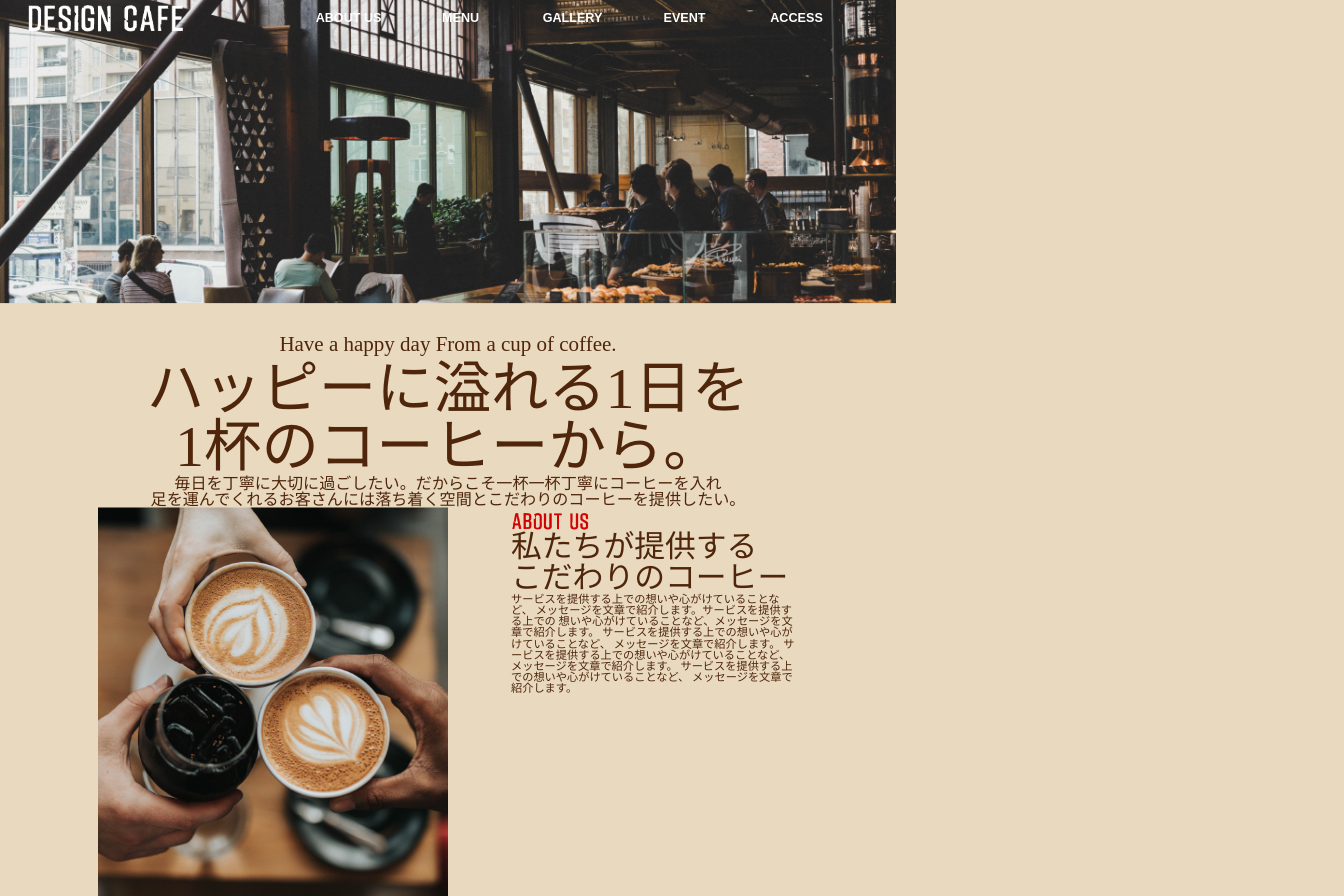
Repository: sonoyama01/dezasuta
Page: 第4回課題/index.html
These files come from the project's save history. The page is drawn as it stood at one moment and after the next save; the edit follows.
The browser window is 1280 px wide. The page is 1920 px wide, so the pictures cover 1920 px, including what lies to the right of the window. The pictures show the part of the page from y = 0 to 1280 px (the page is 2929 px tall before and 3036 px after), at 70% of full size.

Above is the page before, as saved 2024-05-11 15:20:29.

### 第4回課題/index.html
<!DOCTYPE html>
<html lang="ja">

<head>
    <meta charset="UTF-8">
    <meta name="viewport" content="width=device-width, initial-scale=1.0">
    <title>Desing Cafe</title>
    <link rel="stylesheet" href="./css/style.css">
</head>

<body>
    <!-- ヘッダー -->
    <header>
        <div class="header_slide">
            <div>
                <img src="./images/pc_first-100.jpg" alt="店内の様子">
            </div>
        </div>
        <div class="header_wrap">
            <h1 class="header_logo">
                <img src="./images/design_cafe_logo_header@2x.png" alt="desind cafe">
            </h1>
            <nav class="pc_nav">
                <ul>
                    <li><a href="#about_us">ABOUT US</a></li>
                    <li><a href="#menu">MENU</a></li>
                    <li><a href="#gallery">GALLERY</a></li>
                    <li><a href="#event">EVENT</a></li>
                    <li><a href="#">ACCESS</a></li>
                </ul>
            </nav>
        </div>
    </header>
    <div class="catch_copy">
        <p class="catch_copy_ja"><span class="en">Have a happy day From a cup of coffee.</span><br>
            ハッピーに溢れる1日を<br>
            1杯のコーヒーから。</p><!-- /.catch_copy -->
        <p>毎日を丁寧に大切に過ごしたい。だからこそ一杯一杯丁寧にコーヒーを入れ<br>
            足を運んでくれるお客さんには落ち着く空間とこだわりのコーヒーを提供したい。</p>
    </div><!-- /.catch_copy -->

    <!-- ABOUT US -->
    <section id="about_us">
        <div class="wrap">
            <div class="about_us">
                <div class="about_us_im"><img src="./images/pc_about-100.jpg" alt=""></div>
                <div class="about_us_text">
                    <h2><img src="./images/about_us@2x.png" alt=""></h2>
                    <p class="about_us_concept">私たちが提供する<br>
                        こだわりのコーヒー</p><!-- /.about_us_concept -->
                    <p class="about_us_texts">
                        サービスを提供する上での想いや心がけていることなど、
                        メッセージを文章で紹介します。サービスを提供する上での
                        想いや心がけていることなど、メッセージを文章で紹介します。
                        サービスを提供する上での想いや心がけていることなど、
                        メッセージを文章で紹介します。
                        サービスを提供する上での想いや心がけていることなど、
                        メッセージを文章で紹介します。
                        サービスを提供する上での想いや心がけていることなど、
                        メッセージを文章で紹介します。
                    </p><!-- /.about_us_text -->
                </div>

            </div><!-- /.about_us -->
        </div><!-- /.wrap -->
    </section><!-- /#about_us -->

    <!-- MENU -->
    <!-- 上手くいかね
        <section id="menu_fx">
        <h2><img src="./images/menu@2x.png" alt="menu"></h2>
        <div class="menu">
            <div class="drink">
                <img src="./images/pc_menu_drink-100.jpg" alt="drink">
            </div>
            <div class="food">
                <img src="./images/pc_menu_food-100.jpg" alt="food">
            </div>
            <div class="sweets">
                <img src="./images/pc_menu_sweets-100.jpg" alt="sweet">
            </div>
        </div>
    </section>/#menu_fx
-->

    <section id="menu">
        <div class="wrap">
            <h2><img src="./images/menu@2x.png" alt="menu"></h2>
            <div class="menu">
                <div class="menu_item">
                    <img src="./images/pc_menu_drink-100.jpg" alt="drink">
                    <h3>drink</h3>
                    <p class="menu_tx">ドリンクメニューの概要を100文字程度で紹介します。
                        素材やこだわりなどをアピールしていきます。</p><!-- /.menu_tx -->
                </div><!-- /.menu_item -->
                <div class="menu_item">
                    <img src="./images/pc_menu_food-100.jpg" alt="food">
                    <h3>food</h3>
                    <p class="menu_tx">フードメニューの概要を100文字程度で紹介します。
                        素材やこだわりなどをアピールしていきます。</p><!-- /.menu_tx -->
                </div><!-- /.menu_item -->
                <div class="menu_item">
                    <img src="./images/pc_menu_sweets-100.jpg" alt="sweet">
                    <h3>sweet</h3>
                    <p class="menu_tx">スイーツメニューの概要を100文字程度で紹介します。
                        素材やこだわりなどをアピールしていきます。</p><!-- /.sweet -->
                </div><!-- /.menu_item -->
            </div><!-- /.menu_fx -->
        </div><!-- /.wrap -->
    </section><!-- /#menu -->

    <!-- GALLERY -->
    <section id="gallery">
        <h2><img src="./images/gallery@2x.png" alt="gallery"></h2>
        <div class="gallery">
            <img src="./images/pc_gallary_01-100.jpg" alt="">
            <img src="./images/pc_gallary_02-100.jpg" alt="">
            <img src="./images/pc_gallary_03-100.jpg" alt="">
            <img src="./images/pc_gallary_04-100.jpg" alt="">
            <img src="./images/pc_gallary_05-100.jpg" alt="">
        </div><!-- /.gallery -->
    </section><!-- /#gallery -->

    <!-- EVENT -->
    <section id="event">
        <h2><img src="./images/event@2x.png" alt="event"></h2>
        <div class="event">
            <dl>
                <div class="event_item">
                    <dt><time datetime="2020-06-23">2020.06.23</time></dt>
                    <dd>7月はイベント出店のため0/0お休みします</dd>
                </div>
                <div class="event_item">
                    <dt><time datetime="2020-03-15">2020.03.15</time></dt>
                    <dd>春の新商品新発売。話題のあのブランドとコラボ</dd>
                </div>
                <div class="event_item">
                    <dt><time datetime="2020-02-06">2020.02.06</time></dt>
                    <dd>コーヒーの日で30&percnt;OFFイベントを開催&lbrack;3日間限定&rbrack;</dd>
                </div>
            </dl>
        </div>
    </section><!-- /#event -->

    <!-- ACCESS -->
    <section id="access">
        <h2><img src="./images/access@2x.png" alt="access"></h2>
        <div class="access_map">
            <iframe
                src="https://www.google.com/maps/embed?pb=!1m18!1m12!1m3!1d51866.86352324437!2d139.69264382094036!3d35.66028032190313!2m3!1f0!2f0!3f0!3m2!1i1024!2i768!4f13.1!3m3!1m2!1s0x60188bbd9009ec09%3A0x481a93f0d2a409dd!2z5p2x5Lqs44K_44Ov44O8!5e0!3m2!1sja!2sjp!4v1715176213624!5m2!1sja!2sjp"
                width="100%" height="471" style="border:0;" allowfullscreen="" loading="lazy"
                referrerpolicy="no-referrer-when-downgrade"></iframe>
        </div>
    </section><!-- /#access -->

    <!-- フッター -->
    <footer>
        <div class="footer_wrap">
            <img src="./images/design_cafe_logo_footer@2x.png" alt="design cafe">
            <p class="footer_text">
                OPEN 18:00 / CLOSE 24:00 <br>
                〒150-0022<br>
                東京都渋谷区東京南123デザインビルB1<br>
                MAIL&colon;info@designcafe.tokyo
            </p>
        </div>
        <small id="footer_copyright">
            &copy;2021 DESIGN CAFE
        </small>
    </footer>
</body>

</html>

### 第4回課題/css/style.css
@charset "utf-8";

/* cssリセット */

/*利用するタグによってこちらの内容は増やす*/

html,
body,
h1,
h2,
h3,
p,
dl,
dt,
dd,
ul,
li {
  margin: 0;
  padding: 0;
  line-height: 1;
  /*デフォルトの文字色、font-familyを予め当てておく*/
  color: #4f260b;
  font-family: "游明朝", YuMincho, "Hiragino Mincho ProN W3",
    "ヒラギノ明朝 ProN W3", "Hiragino Mincho ProN", "HG明朝E", "ＭＳ Ｐ明朝",
    "ＭＳ 明朝", serif;
}

a {
  /*下線を消す*/
  text-decoration: none;
  /*色を消す*/
  color: inherit;
  transition: 0.3s;
}

a:hover {
  opacity: 0.5;
}

ul {
  /*左の「・」を消す*/
  list-style: none;
}

img {
  max-width: 100%;
  vertical-align: bottom;
  border: none;
}

body {
  background-color: #e8d9bf;
  font-size: 23px;
}

/* ヘッダー */
.pc_nav ul {
  display: flex;
  gap: 55px;
}

.pc_nav ul li {
  width: 105px;
  text-align: center;
  color: #ffffff;
  font-weight: bold;
  font-size: 18px;
  font-family: YuGothic, "Yu Gothic", sans-serif, "Hiragino Sans W3",
    "Hiragino Kaku Gothic ProN", "ヒラギノ角ゴ ProN W3", "メイリオ", Meiryo,
    "ＭＳ Ｐゴシック", "MS PGothic", sans-serif;
}

.header_logo {
  width: 226px;
}

.header_wrap {
  display: flex;
  justify-content: space-between;
  align-items: center;
  padding: 0 7% 0 3%;
  position: absolute;
  top: 0;
  left: 0;
  width: 100%;
  box-sizing: border-box;
}
.mv{
  margin-bottom: 107px;
}

/* ============================
* キャッチコピー
* ========================= */
.catch_copy {
  text-align: center;
}
.en {
  font-size: 30px;
}
.catch_copy_ja {
  font-size: 82px;
}

/* ============================
* ABOUT US
* ========================= */
.about_us {
  display: flex;
  justify-content: space-between;
}
.about_us_im {
  width: 50%;
}
#about_us h2 {
  width: 27.2%;
}
.about_us_concept {
  font-size: 44px;
}
.about_us_text {
  width: 41%;
}
.about_us_texts {
  font-size: 16px;
}
.wrap {
  max-width: 1000px;
  margin: 0 auto;
  padding: 0 10px;
}

/* ============================
* MENU
* ========================= */
/*上手くいかね
.menu_im {
  width: 15%;
  margin: 0 auto;
}
.menu {
  display: flex;
  justify-content: space-between;
}
*/
#menu h2 {
  width: 15.1%;
  margin: 0 auto;
}
.menu {
  display: flex;
  justify-content: space-between;
}
.menu_item {
  width: 30%;
}

h3 {
  font-size: 38px;
}

.menu_tx {
  font-size: 17px;
}

/* ============================
* GALLERY
* ========================= */
#gallery h2 {
  max-width: 1000px;
  width: 24.5%;
  margin: 0 auto;
}
.gallery {
  display: flex;
}

/* ============================
* EVENT
* ========================= */
#event h2 {
  width: 17.4%;
  margin: 0 auto;
}
.event_item {
  display: flex;
}

.event {
  max-width: 1000px;
  padding: 10px;
  border: 4px solid #4f260b;
  margin: 0 auto;
}

/* ============================
* ACCESS
* ========================= */
#access h2 {
  width: 21.3%;
  margin: 0 auto;
}
.access_map {
  max-width: 100%;
}

/* ============================
* フッター
* ========================= */
footer img {
  width: 22.7%;
}
.footer_text {
  font-size: 20px;
}
.footer_wrap {
  display: flex;
}
#footer_copyright {
  font-size: 16px;
}

After the next save:
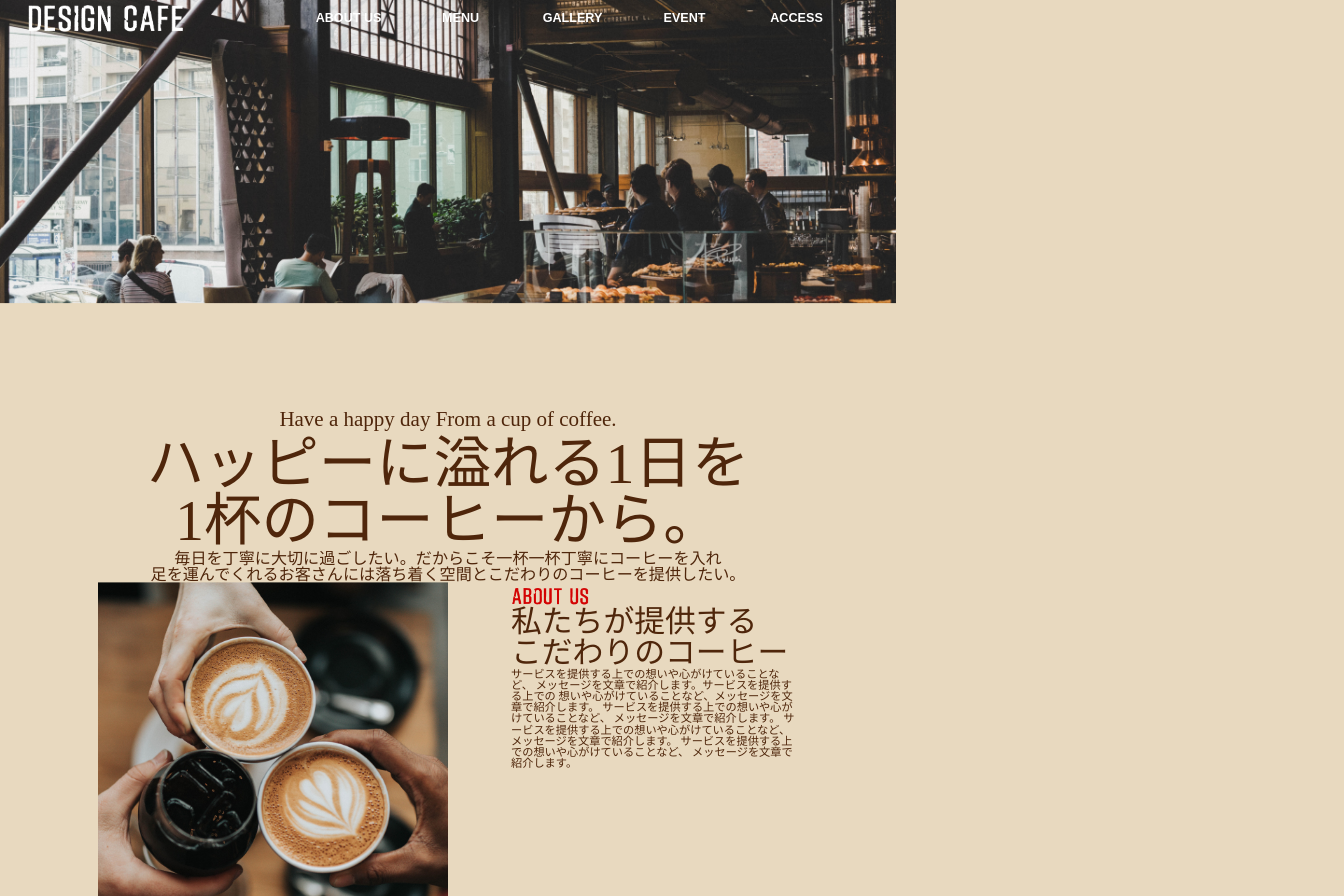
Saved 3 s later.
--- a/第4回課題/index.html
+++ b/第4回課題/index.html
@@ -12,7 +12,7 @@
     <!-- ヘッダー -->
     <header>
         <div class="header_slide">
-            <div>
+            <div class="mv">
                 <img src="./images/pc_first-100.jpg" alt="店内の様子">
             </div>
         </div>
